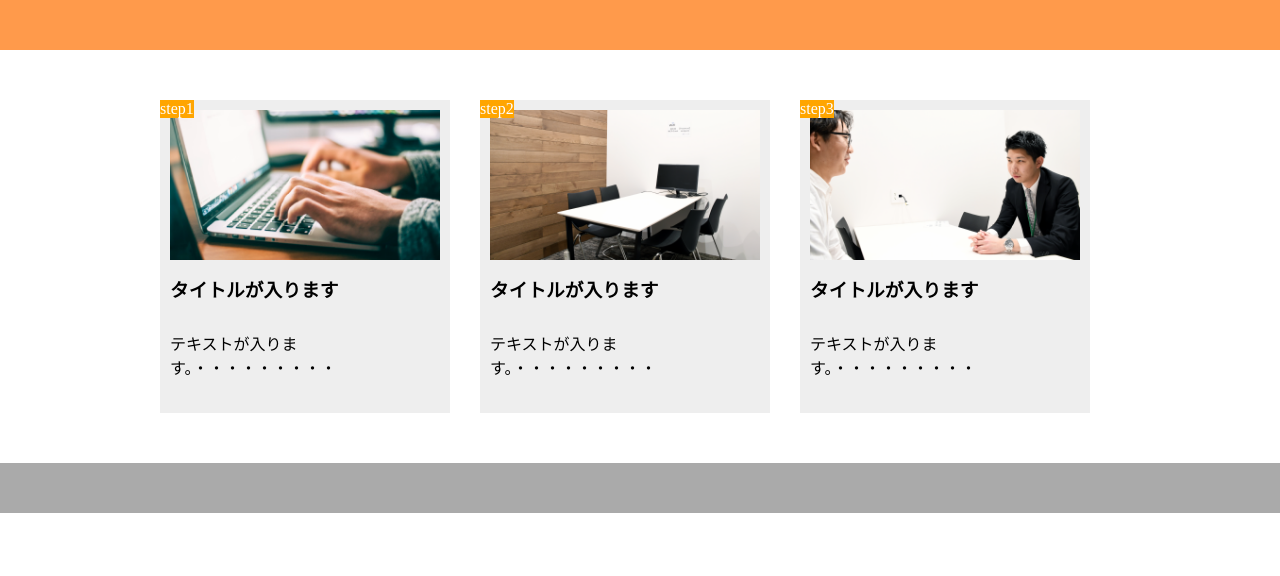
Repository: hahumanhugou/test1
Page: test1/test1.html
The author's editor kept a record of every edit. The page is drawn from the files as they stood at one moment, then again after the next edit.
The browser window is 1280 px wide. The pictures show the whole page.
Some web libraries are served in a nearby version.

Above is the page before.

### test1/test1.html
<!DOCTYPE html>
<html lang="ja">
  <head>
    <meta charset="UTF-8" />
    <meta name="viewport" content="width=device-width,initial-scale=1.0">
     <script src="https://kit.fontawesome.com/13adee6c96.js" crossorigin="anonymous"></script>
    <!-- CSSファイルの読み込み -->
    <link rel="stylesheet" href="test1.css" />
    <title>確認課題１</title>
  </head>

  <body>
    <!-- header -->
    <header>  </header>
      <div class="largebox">
        <div class="box">
         <div class="image"></div>
          <h3 class="title">タイトルが入ります</h3>
          　<p class="text">テキストが入ります。・・・・・・・・・ </p>
          　　<div class="step"><font color="white">step1</font></div>
          </div>
            <div class="box">
         <div class="image2"></div>
          <h3 class="title">タイトルが入ります</h3>
          　<p class="text">テキストが入ります。・・・・・・・・・ </p>
          　　<div class="step"><font color="white">step2</font></div>
          </div>
            <div class="box">
         <div class="image3"></div>
          <h3 class="title">タイトルが入ります</h3>
          　<p class="text">テキストが入ります。・・・・・・・・・ </p>
          　　<div class="step"><font color="white">step3</font></div>
          </div>



        </div>
    <footer></footer>
 </body>
</html>

### test1/test1.css
* {
  box-sizing: border-box;
  margin: 0;
  padding: 0;
}

header {
  height: 50px;
  background-color: #ff9a4b;
}


.largebox{
  width: 960px;
  margin: 50px auto;
  display: flex;
}

.box{
  width: 300px;
  margin-right: 30px;
  padding: 10px;
  position: relative;
  background-color: #eee;
}

.step-box:last-child {
  margin-right: 0;
}
.image{
  background-image: url(img/flow01.png);
  height: 150px;
  background-position: bottom;
  background-size: cover;
}

.image2{
  background-image: url(img/flow02.png);
  height: 150px;
  background-position: bottom;
  background-size: cover;
}
.image3{
  background-image: url(img/flow03.png);
  height: 150px;
  background-position: bottom;
  background-size: cover;
}

.title{
 margin: 15px 0 5px;
}


.step{
 position: absolute;
 background-color: orange;
 top: 0;
 left: 0;
}

footer {
  height: 50px;
  background-color: #aaa;
}

@media screen and (max-width: 768px) {

.largebox{
  width: 100%;
  display: block;
  margin-right: 0;
  padding-left: 5%;
  padding-right: 5%;
}

.box{
  width: 100%;
  margin-bottom: 20px;

}

.step-box:last-child {
  margin-bottom:  0;
}
.image{
 width: 100%;
}

.image2{
 width: 100%
}
.image3{
 width: 100%;
}


}

After the next edit:
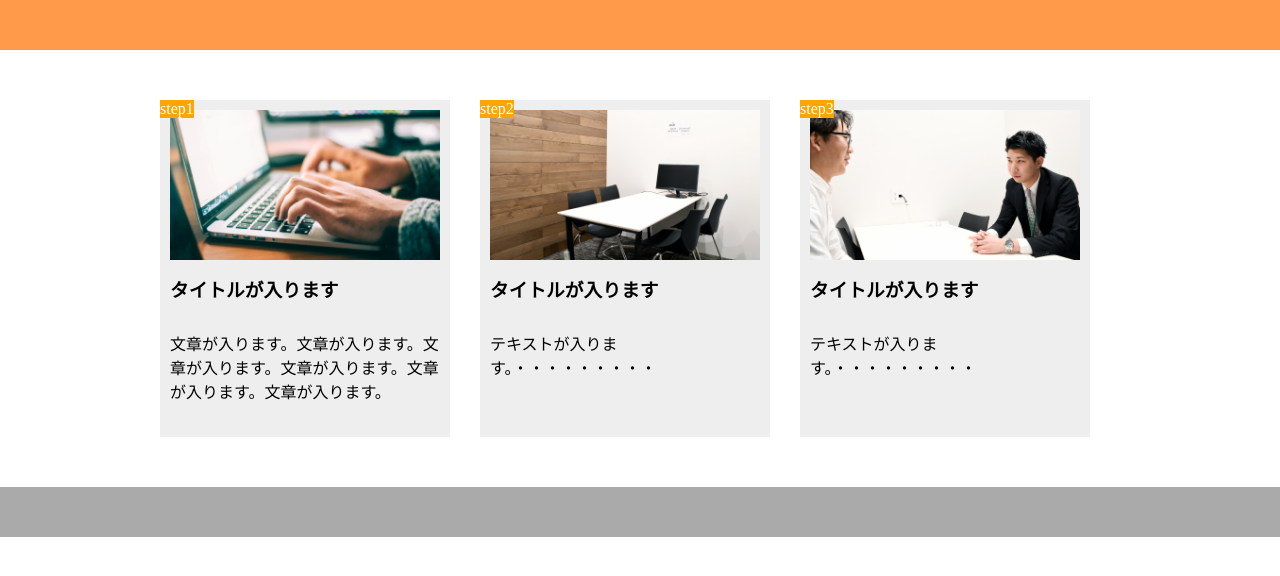
The edit:
--- a/test1/test1.html
+++ b/test1/test1.html
@@ -16,7 +16,7 @@
         <div class="box">
          <div class="image"></div>
           <h3 class="title">タイトルが入ります</h3>
-          　<p class="text">テキストが入ります。・・・・・・・・・ </p>
+          　<p class="text">文章が入ります。文章が入ります。文章が入ります。文章が入ります。文章が入ります。文章が入ります。 </p>
           　　<div class="step"><font color="white">step1</font></div>
           </div>
             <div class="box">
